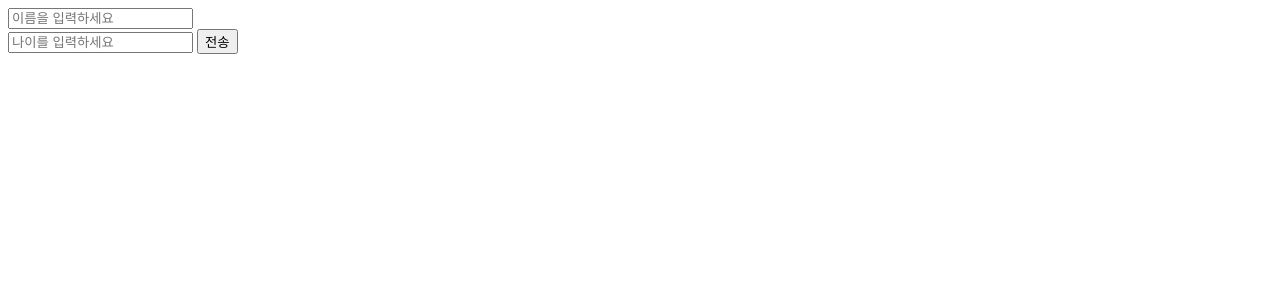
Repository: ceooyh/JSP
Page: http://localhost/step02/person.jsp
These files come from the project's save history. The page is drawn as it stood at one moment and after the next save; the edit follows.
The browser window is 1280 px wide. The pictures show the whole page.
The page is served by Tomcat 9. Other server files are loaded and not shown.

Above is the page before, as saved 2020-12-29 00:23:49.

### step02/WebContent/person.jsp
<%@ page language="java" contentType="text/html; charset=UTF-8"
    pageEncoding="UTF-8"%>
<!DOCTYPE html>
<html>
<head>
<meta charset="UTF-8">
<title>Insert title here</title>
</head>
<body>
<!-- 이름, 나이 입력받는 폼 -->
	<form action="">
		<input type="text" name="name" placeholder="이름을 입력하세요"><br>
		<input type="text" name="age" placeholder="나이를 입력하세요">
		<button>전송</button>
	</form>
</body>
</html>

After the next save:
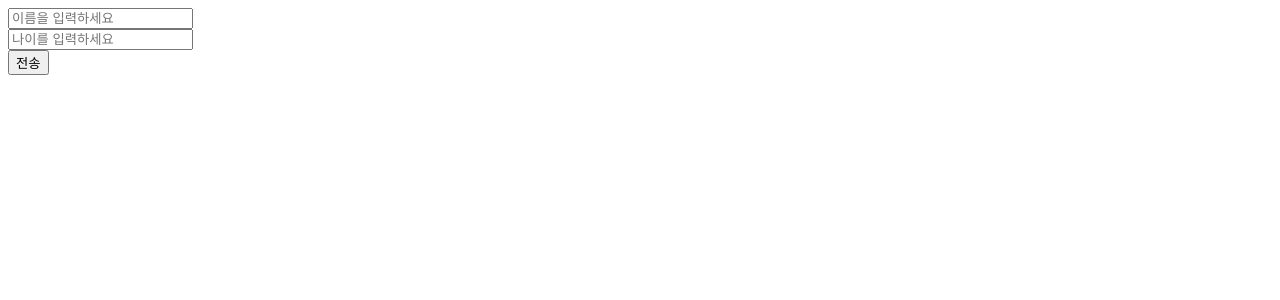
Saved 5 s later.
--- a/step02/WebContent/person.jsp
+++ b/step02/WebContent/person.jsp
@@ -10,7 +10,7 @@
 <!-- 이름, 나이 입력받는 폼 -->
 	<form action="">
 		<input type="text" name="name" placeholder="이름을 입력하세요"><br>
-		<input type="text" name="age" placeholder="나이를 입력하세요">
+		<input type="text" name="age" placeholder="나이를 입력하세요"><br>
 		<button>전송</button>
 	</form>
 </body>
